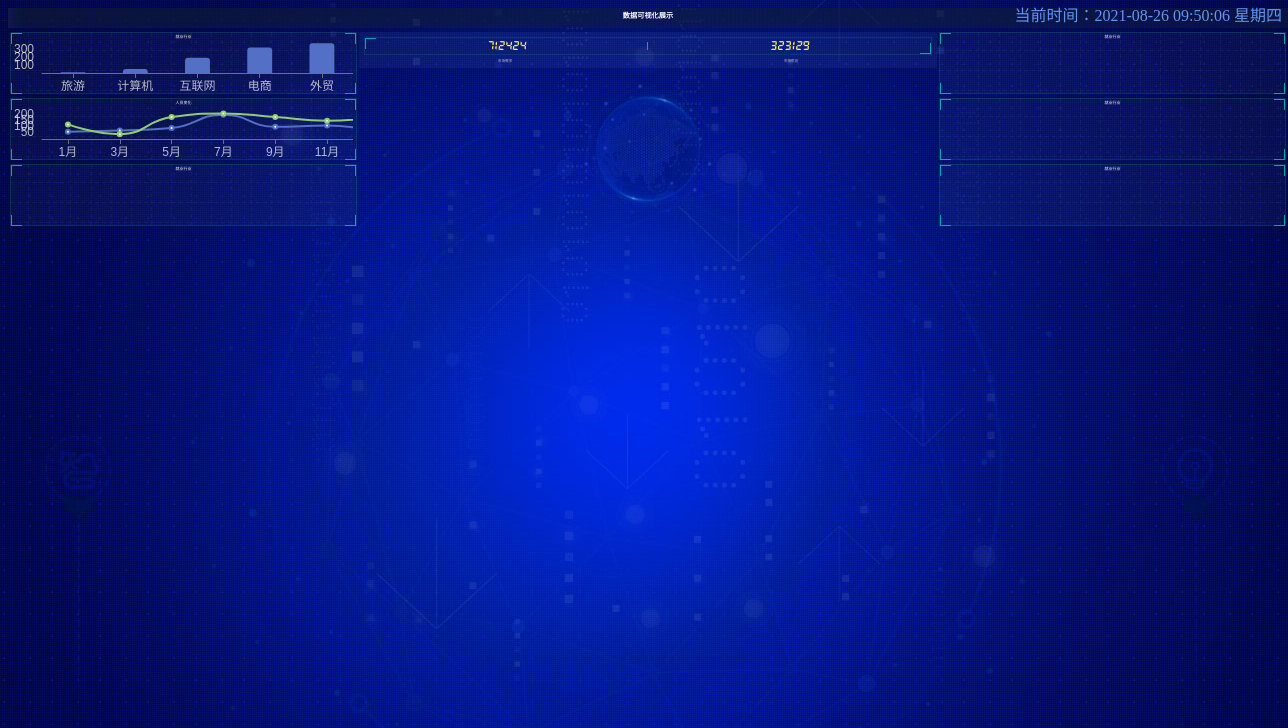
Repository: jiang-1990/DataVM
Page: /
An editor plug-in stored every save of this project. The page is shown before and after the next save, followed by the edit.
The browser window is 1280 px wide. The page is 1288 px wide, so the pictures cover 1288 px, including what lies to the right of the window. The pictures show the whole page.
The project was rebuilt for these pictures with package versions that can differ from the ones it lists, and the page was loaded fresh each time.

Above is the page before, as saved 2021-08-27 13:38:00.

### index.html
<!DOCTYPE html>
<html>
  <head>
    <meta charset="utf-8">
    <meta name="viewport" content="width=device-width,initial-scale=1.0">
    <title>mydatam</title>
  </head>
  <body>
    <div id="app"></div>
    <!-- built files will be auto injected -->
  </body>
</html>

### src/main.js
// The Vue build version to load with the `import` command
// (runtime-only or standalone) has been set in webpack.base.conf with an alias.
import Vue from 'vue'
import App from './App'
import router from './router'
import 'lib-flexible/flexible.js'
//声明字体
import './font/font.css'

Vue.config.productionTip = false

/* eslint-disable no-new */
new Vue({
  el: '#app',
  router,
  components: { App },
  template: '<App/>'
})

### src/App.vue
<template>
  <div id="app">
    <router-view/>
  </div>
</template>

<script>
export default {
  name: 'App'
}
</script>

<style>
body{
  background-image: url('assets/bg.jpg') ;
  background-Repeat : 'no-repeat';
  background-Size : '100% 100%';
  background-position: center;/* 背景图随屏幕尺寸变化 背景图两边隐藏 图片不压缩 */
}
html,body {
  width: 100%;
  height: 100%;
}

</style>

### src/router/index.js
import Vue from 'vue'
import Router from 'vue-router'
import bigScreen from '@/components/bigScreen'

Vue.use(Router)

export default new Router({
  routes: [
    {
      path: '/',
      name: 'bigScreen',
      component: bigScreen
    }
  ]
})

### src/font/font.css
 /* 声明字体 */
@font-face {
    font-family: 'electronicFont';
    src: url(./DS-DIGIT.ttf);
}

### src/components/bigScreen.vue
<template>
  <div>
    <div class="top">
      <h1>数据可视化展示</h1>
      <span class="time">当前时间：{{ date | dateFormat }}</span>
    </div>
    <div class="mainBox">
      <div class="culonm">
        <div class="panl bar">
          <h2>就业行业</h2>
          <div class="chart" id="bar_l"></div>
          <div class="zhuanjiao"></div>
        </div>

        <div class="panl line">
          <h2>人员变化</h2>
          <div class="chart" id="line_l"></div>
          <div class="zhuanjiao"></div>
        </div>

        <div class="panl pie">
          <h2>就业行业</h2>
          <div class="chart"></div>
          <div class="zhuanjiao"></div>
        </div>
      </div>
      <div class="culonm">
        <div class="num">
          <div class="num-hd">
            <ul>
              <li>712424</li>
              <li>323129</li>
            </ul>
          </div>
          <div class="num-bd">
            <ul>
              <li>市场需求</li>
              <li>市场供应</li>
            </ul>
          </div>
        </div>
        <div class="map">
          <div class="map1"></div>
          <div class="map2"></div>
          <div class="map3"></div>
          <div class="chart"></div>
        </div>
      </div>
      <div class="culonm">
        <div class="panl bar">
          <h2>就业行业</h2>
          <div class="chart"></div>
          <div class="zhuanjiao"></div>
        </div>

        <div class="panl line">
          <h2>就业行业</h2>
          <div class="chart"></div>
          <div class="zhuanjiao"></div>
        </div>

        <div class="panl pie">
          <h2>就业行业</h2>
          <div class="chart"></div>
          <div class="zhuanjiao"></div>
        </div>
      </div>
    </div>
    <!-- <div id="myChart" style="width:1920px; height: 400px;"></div> -->
  </div>
</template>

<script>
// 引入echarts
var echarts = require("echarts");
export default {
  data() {
    return {
      date: new Date(), //当前日期
    };
  },
  // 定义一个局部的过滤器，格式化当前时间
  filters: {
    dateFormat: (dateTime) => {
      var now = new Date(dateTime);
      var y = now.getFullYear();
      var m = (now.getMonth() + 1).toString().padStart(2, "0");
      var d = now.getDate().toString().padStart(2, "0");
      var hh = now.getHours().toString().padStart(2, "0");
      var mm = now.getMinutes().toString().padStart(2, "0");
      var ss = now.getSeconds().toString().padStart(2, "0");
      let week = now.getDay(); // 星期
      let weekArr = [
        "星期日",
        "星期一",
        "星期二",
        "星期三",
        "星期四",
        "星期五",
        "星期六",
      ];
      // 过滤器中要有返回值
      return `${y}-${m}-${d} ${hh}:${mm}:${ss} ${weekArr[week]}`;
    },
  },
  mounted() {
    this.createchartLine_l();
    this.createchartBar_l();
    var _this = this;
    this.timer = setInterval(() => {
      _this.date = new Date(); // 修改日期数据
    }, 1000);
  },
  created() {},
  methods: {
    createchartBar_l() {
      var myChart = echarts.init(document.getElementById("bar_l"));
      var option;
      option = {
        tooltip: {
          trigger: "axis",
          axisPointer: {
            // 坐标轴指示器，坐标轴触发有效
            type: "shadow", // 默认为直线，可选为：'line' | 'shadow'
          },
          backgroundColor: "rgba(0,21,49, 0.7)", //通过设置rgba调节背景颜色与透明度
          borderWidth: 0,
          textStyle: {
            color: "#fff",
          },
        },
        grid: {
          left: "0%",
          right: "0%",
          bottom: "0%",
          top: "3%",
          containLabel: true,
        },

        xAxis: [
          {
            type: "category",
            data: ["旅游", "计算机", "互联网", "电商", "外贸"],
            axisTick: {
              alignWithLabel: true,
            },
            splitLine: {
              show: false,
            },
            axisLabel: {
              color: "rgba(255,255,255, 0.7)",
            },
          },
        ],
        yAxis: [
          {
            type: "value",
            splitLine: {
              show: false,
            },
            axisLabel: {
              color: "rgba(255,255,255, 0.7)",
            },
          },
        ],
        series: [
          {
            name: "直接访问",
            type: "bar",
            barWidth: "40%",
            data: [10, 52, 200, 334, 390],
            itemStyle: {
              borderRadius: [3, 3, 0, 0],
            },
          },
        ],
      };
      myChart.setOption(option);
    },
    createchartLine_l() {
      var myChart = echarts.init(document.getElementById("line_l"));
      console.log(myChart);
      var option = {
        tooltip: {
          trigger: "axis",
          backgroundColor: "rgba(0,21,49, 0.7)", //通过设置rgba调节背景颜色与透明度
          borderWidth: 0,
          textStyle: {
            color: "#fff",
          },
        },
        legend: {
          data: ["新增粉丝", "新增游客"],
        },
        grid: {
          left: "0%",
          right: "0%",
          bottom: "0%",
          top: "3%",
          containLabel: true,
        },

        xAxis: [
          {
            type: "category",
            data: ["1月", "3月", "5月", "7月", "9月", "11月"],
            axisTick: {
              alignWithLabel: true,
            },
            splitLine: {
              show: false,
            },
            axisLabel: {
              color: "rgba(255,255,255, 0.7)",
            },
          },
        ],
        yAxis: [
          {
            type: "value",
            splitLine: {
              show: false,
            },
            axisLabel: {
              color: "rgba(255,255,255, 0.7)",
            },
          },
        ],
        series: [
          {
            name: '联盟广告',
            type: 'line',
            smooth: true,
            data: [60, 70, 90, 200, 100, 110, 60]
        },
          {
            name: '邮件营销',
            type: 'line',
            smooth: true,
            data: [120, 40, 180, 210, 180, 150, 180]
        },

        ],
      };
      myChart.setOption(option);
    },
  },
};
</script>

<style scoped>
@import "../css/bigScreen.css";
</style>

### src/css/bigScreen.css
* {
  margin: 0;
  padding: 0;
  box-sizing: border-box;
}
li {
  list-style-type: none;
}
.top {
  height: 1.25rem;
  background: url(../assets/head_bg.png) no-repeat;
  box-sizing: 100% 100%;
  position: relative;
}
.top h1 {
  font-size: 0.45rem;
  line-height: 1rem;
  color: #ffffff;
  text-align: center;
}
.top .time {
  line-height: 0.9375rem;
  position: absolute;
  right: 0.375rem;
  top: 0;
  color: cornflowerblue;
}
.mainBox {
  min-width: 1024px;
  max-width: 1920px;
  margin: 0 auto;
  display: flex;
  padding: 0.25rem 0.125rem 0;
}
.mainBox .culonm {
  flex: 3;
}
.mainBox .culonm:nth-child(2) {
  flex: 5;
  margin: 0 0.125rem 0.1875rem;
}
.mainBox .panl {
  position: relative;
  height: 3.875rem;
  border: 0.0125rem solid rgba(25, 186, 139, 0.17);
  background: url(../assets/line.png) rgba(255, 255, 255, 0.03);
  padding: 0 0.1875rem 0.25rem;
  margin-bottom: 0.25rem;
}
.mainBox .panl::before {
  position: absolute;
  top: 0;
  left: 0;
  width: 10px;
  height: 10px;
  border-left: 1px solid #02a6b5;
  border-top: 1px solid #02a6b5;
  content: "";
}
.mainBox .panl::after {
  position: absolute;
  top: 0;
  right: 0;
  width: 10px;
  height: 10px;
  border-right: 1px solid #02a6b5;
  border-top: 1px solid #02a6b5;
  content: "";
}
.mainBox .panl .zhuanjiao {
  width: 100%;
  height: 10px;
  position: absolute;
  bottom: 0px;
  left: 0;
}
.mainBox .panl .zhuanjiao::before {
  position: absolute;
  top: 0;
  left: 0;
  width: 10px;
  height: 10px;
  border-left: 1px solid #02a6b5;
  border-bottom: 1px solid #02a6b5;
  content: "";
}
.mainBox .panl .zhuanjiao::after {
  position: absolute;
  top: 0;
  right: 0;
  width: 10px;
  height: 10px;
  border-right: 1px solid #02a6b5;
  border-bottom: 1px solid #02a6b5;
  content: "";
}
.mainBox .panl h2 {
  font-size: 0.25rem;
  color: #ffffff;
  line-height: 0.5rem;
  text-align: center;
  height: 0.5rem;
  font-weight: 400;
}
.mainBox .panl .chart {
  height: 3.25rem;
}
.mainBox .num {
  background: rgba(101, 132, 226, 0.1);
  padding: 0.1875rem;
}
.mainBox .num .num-hd {
  position: relative;
  margin: 0.125rem;
  border: 1px solid rgba(25, 186, 139, 0.17);
}
.mainBox .num .num-hd::before {
  position: absolute;
  top: 0;
  left: 0;
  width: 10px;
  height: 10px;
  border-left: 1px solid #02a6b5;
  border-top: 1px solid #02a6b5;
  content: "";
}
.mainBox .num .num-hd::after {
  position: absolute;
  bottom: 0;
  right: 0;
  width: 10px;
  height: 10px;
  border-right: 1px solid #02a6b5;
  border-bottom: 1px solid #02a6b5;
  content: "";
}
.mainBox .num .num-hd ul {
  display: flex;
}
.mainBox .num .num-hd ul li {
  flex: 1;
  line-height: 1rem;
  font-size: 0.875rem;
  color: #ffeb7b;
  text-align: center;
  font-family: electronicFont;
}
.mainBox .num .num-hd ul li:nth-child(1) {
  position: relative;
}
.mainBox .num .num-hd ul li:nth-child(1)::after {
  position: absolute;
  top: 25%;
  right: 0;
  height: 50%;
  border-right: 1px solid #02a6b5;
  content: "";
}
.mainBox .num .num-bd {
  position: relative;
}
.mainBox .num .num-bd ul {
  display: flex;
}
.mainBox .num .num-bd ul li {
  flex: 1;
  line-height: 0.5rem;
  font-size: 0.225rem;
  color: rgba(255, 255, 255, 0.7);
  text-align: center;
}
.mainBox .map {
  height: 10.125rem;
  position: relative;
}
.mainBox .map .map1 {
  width: 6.475rem;
  height: 6.475rem;
  position: absolute;
  top: 50%;
  left: 50%;
  transform: translate(-50%, -50%);
  background: url(../assets/map.png);
  background-size: 100% 100%;
  opacity: 0.3;
}
.mainBox .map .map2 {
  width: 8.0375rem;
  height: 8.0375rem;
  position: absolute;
  top: 50%;
  left: 50%;
  transform: translate(-50%, -50%);
  background: url(../assets/lbx.png);
  background-size: 100% 100%;
  animation: rotatel1 20s linear infinite;
  opacity: 0.6;
}
@keyframes rotatel1 {
  from {
    transform: translate(-50%, -50%) rotate(0deg);
  }
  to {
    transform: translate(-50%, -50%) rotate(360deg);
  }
}
.mainBox .map .map3 {
  width: 7.075rem;
  height: 7.075rem;
  position: absolute;
  top: 50%;
  left: 50%;
  transform: translate(-50%, -50%);
  background: url(../assets/jt.png);
  background-size: 100% 100%;
  animation: rotatel2 15s linear infinite;
  opacity: 0.6;
}
@keyframes rotatel2 {
  from {
    transform: translate(-50%, -50%) rotate(0deg);
  }
  to {
    transform: translate(-50%, -50%) rotate(-360deg);
  }
}
.mainBox .map .chart {
  height: 10.125rem;
}

After the next save:
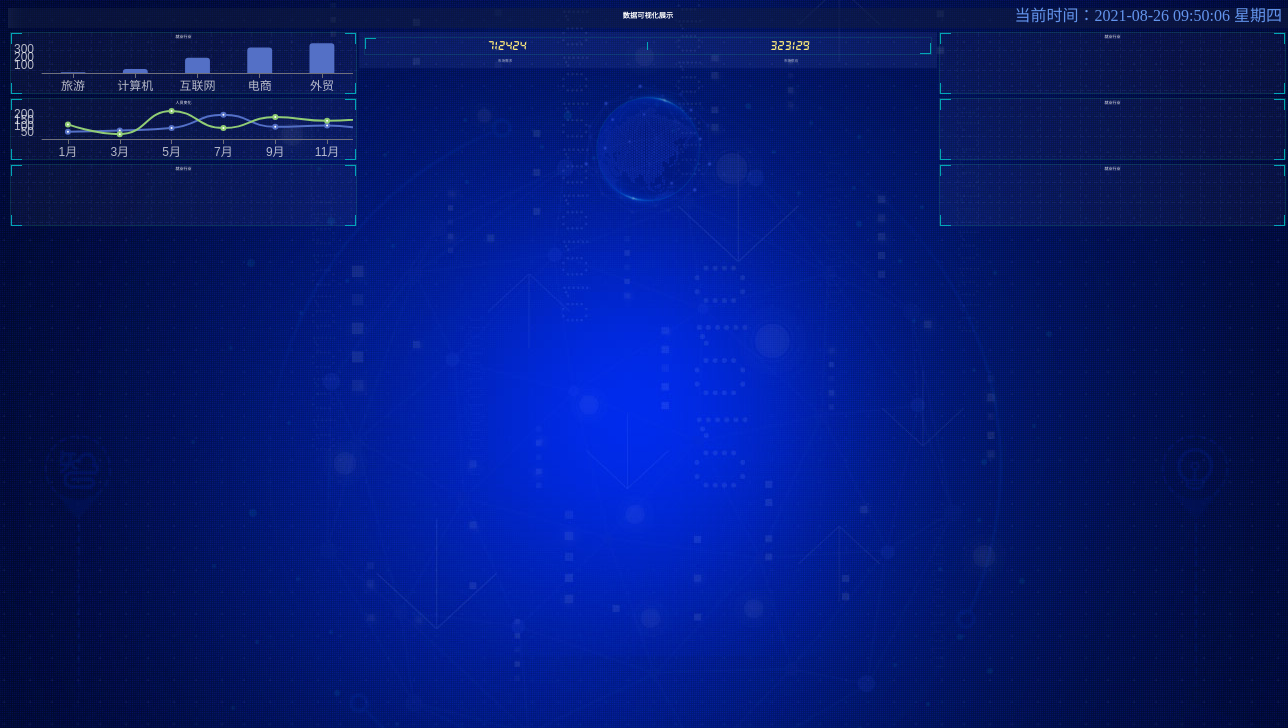
Saved 19 s later.
--- a/src/components/bigScreen.vue
+++ b/src/components/bigScreen.vue
@@ -237,7 +237,7 @@ export default {
             name: '邮件营销',
             type: 'line',
             smooth: true,
-            data: [120, 40, 180, 210, 180, 150, 180]
+            data: [120, 40, 230, 90, 180, 150, 180]
         },
 
         ],
